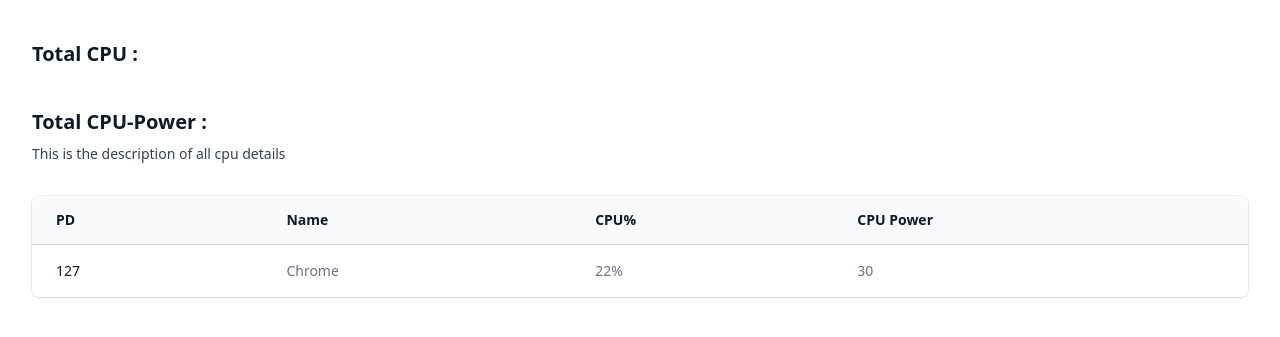
Repository: emorilebo/cpu-reader
Page: /
An editor plug-in stored every save of this project. The page is shown before and after the next save, followed by the edit.
The browser window is 1280 px wide. The pictures show the whole page.
The project was rebuilt for these pictures with package versions that can differ from the ones it lists, and the page was loaded fresh each time. The framework's server and built-in components were replaced by stand-ins that run in the browser. Also part of the build but not shown: next.config.js, styles/Home.module.css.

Above is the page before, as saved 2023-01-13 12:34:07.

### pages/index.js
import Head from 'next/head'
import Image from 'next/image'
import { Inter } from '@next/font/google'
import styles from '../styles/Home.module.css'
import Tables from '../components/Tables'

const inter = Inter({ subsets: ['latin'] })

export default function Home() {
  return (
    <>
      <Head>
        <title>Create Next App</title>
        <meta name="description" content="Generated by create next app" />
        <meta name="viewport" content="width=device-width, initial-scale=1" />
        <link rel="icon" href="/favicon.ico" />
      </Head>
      <main className="">
       <Tables/>
      </main>
    </>
  )
}

### styles/globals.css
@tailwind base;
@tailwind components;
@tailwind utilities;

/* :root {
  --max-width: 1100px;
  --border-radius: 12px;
  --font-mono: ui-monospace, Menlo, Monaco, "Cascadia Mono", "Segoe UI Mono",
    "Roboto Mono", "Oxygen Mono", "Ubuntu Monospace", "Source Code Pro",
    "Fira Mono", "Droid Sans Mono", "Courier New", monospace;

  --foreground-rgb: 0, 0, 0;
  --background-start-rgb: 214, 219, 220;
  --background-end-rgb: 255, 255, 255;

  --primary-glow: conic-gradient(
    from 180deg at 50% 50%,
    #16abff33 0deg,
    #0885ff33 55deg,
    #54d6ff33 120deg,
    #0071ff33 160deg,
    transparent 360deg
  );
  --secondary-glow: radial-gradient(
    rgba(255, 255, 255, 1),
    rgba(255, 255, 255, 0)
  );

  --tile-start-rgb: 239, 245, 249;
  --tile-end-rgb: 228, 232, 233;
  --tile-border: conic-gradient(
    #00000080,
    #00000040,
    #00000030,
    #00000020,
    #00000010,
    #00000010,
    #00000080
  );

  --callout-rgb: 238, 240, 241;
  --callout-border-rgb: 172, 175, 176;
  --card-rgb: 180, 185, 188;
  --card-border-rgb: 131, 134, 135;
}

@media (prefers-color-scheme: dark) {
  :root {
    --foreground-rgb: 255, 255, 255;
    --background-start-rgb: 0, 0, 0;
    --background-end-rgb: 0, 0, 0;

    --primary-glow: radial-gradient(rgba(1, 65, 255, 0.4), rgba(1, 65, 255, 0));
    --secondary-glow: linear-gradient(
      to bottom right,
      rgba(1, 65, 255, 0),
      rgba(1, 65, 255, 0),
      rgba(1, 65, 255, 0.3)
    );

    --tile-start-rgb: 2, 13, 46;
    --tile-end-rgb: 2, 5, 19;
    --tile-border: conic-gradient(
      #ffffff80,
      #ffffff40,
      #ffffff30,
      #ffffff20,
      #ffffff10,
      #ffffff10,
      #ffffff80
    );

    --callout-rgb: 20, 20, 20;
    --callout-border-rgb: 108, 108, 108;
    --card-rgb: 100, 100, 100;
    --card-border-rgb: 200, 200, 200;
  }
}

* {
  box-sizing: border-box;
  padding: 0;
  margin: 0;
}

html,
body {
  max-width: 100vw;
  overflow-x: hidden;
}

body {
  color: rgb(var(--foreground-rgb));
  background: linear-gradient(
      to bottom,
      transparent,
      rgb(var(--background-end-rgb))
    )
    rgb(var(--background-start-rgb));
}

a {
  color: inherit;
  text-decoration: none;
}

@media (prefers-color-scheme: dark) {
  html {
    color-scheme: dark;
  }
} */

### components/Tables.jsx
import React from "react";

const cpus = [
  {
    pd: "127",
    name: "Chrome",
    cpupercent: "22%",
    cpupower: "30",
  },
  // More people...
];

export default function Tables() {
  return (
    <div className="px-4 sm:px-6 lg:px-8">
      <div className="sm:flex sm:items-center">
        <div className="sm:flex-auto">
          <h1 className=" mt-10 text-xl font-semibold text-gray-900">
            Total CPU :{" "}
          </h1>
          <h1 className=" mt-10 text-xl font-semibold text-gray-900">
            Total CPU-Power :{" "}
          </h1>
          <p className="mt-2 text-sm text-gray-700">
            This is the description of all cpu details
          </p>
        </div>
      </div>
      <div className="mt-8 flex flex-col">
        <div className="-my-2 -mx-4 overflow-x-auto sm:-mx-6 lg:-mx-8">
          <div className="inline-block min-w-full py-2 align-middle md:px-6 lg:px-8">
            <div className="overflow-hidden shadow ring-1 ring-black ring-opacity-5 md:rounded-lg">
              <table className="min-w-full divide-y divide-gray-300">
                <thead className="bg-gray-50">
                  <tr>
                    <th
                      scope="col"
                      className="py-3.5 pl-4 pr-3 text-left text-sm font-semibold text-gray-900 sm:pl-6"
                    >
                      PD
                    </th>
                    <th
                      scope="col"
                      className="px-3 py-3.5 text-left text-sm font-semibold text-gray-900"
                    >
                      Name
                    </th>
                    <th
                      scope="col"
                      className="px-3 py-3.5 text-left text-sm font-semibold text-gray-900"
                    >
                      CPU%
                    </th>
                    <th
                      scope="col"
                      className="px-3 py-3.5 text-left text-sm font-semibold text-gray-900"
                    >
                      CPU Power
                    </th>
                  </tr>
                </thead>
                <tbody className="divide-y divide-gray-200 bg-white">
                  {cpus.map((cpu) => (
                    <tr key={cpu.cpupercent}>
                      <td className="whitespace-nowrap py-4 pl-4 pr-3 text-sm font-medium text-gray-900 sm:pl-6">
                        {cpu.pd}
                      </td>
                      <td className="whitespace-nowrap px-3 py-4 text-sm text-gray-500">
                        {cpu.name}
                      </td>
                      <td className="whitespace-nowrap px-3 py-4 text-sm text-gray-500">
                        {cpu.cpupercent}
                      </td>
                      <td className="whitespace-nowrap px-3 py-4 text-sm text-gray-500">
                        {cpu.cpupower}
                      </td>
                    </tr>
                  ))}
                </tbody>
              </table>
            </div>
          </div>
        </div>
      </div>
    </div>
  );
}

Loaded but not shown: pages/_app.js (common file); pages/_document.js (common file); tailwind.config.js (common file)

After the next save:
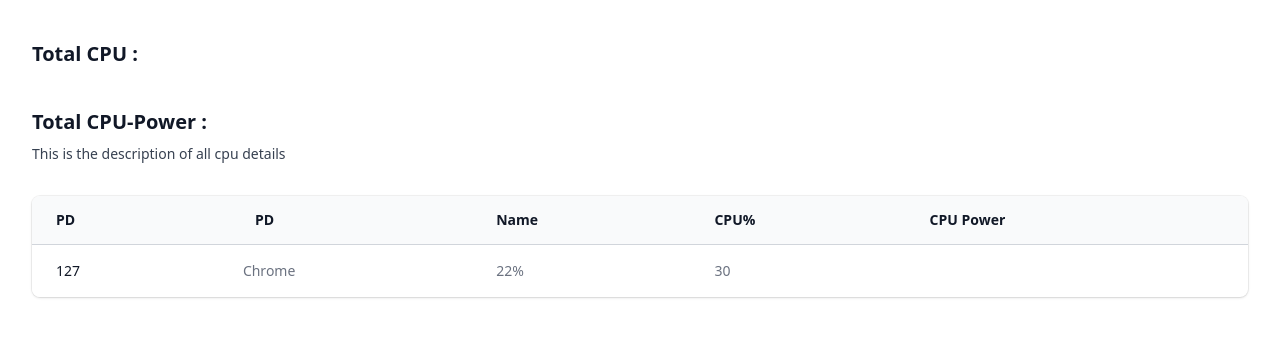
Saved 45 s later.
--- a/components/Tables.jsx
+++ b/components/Tables.jsx
@@ -33,6 +33,12 @@ export default function Tables() {
               <table className="min-w-full divide-y divide-gray-300">
                 <thead className="bg-gray-50">
                   <tr>
+                    <th
+                      scope="col"
+                      className="py-3.5 pl-4 pr-3 text-left text-sm font-semibold text-gray-900 sm:pl-6"
+                    >
+                      PD
+                    </th>
                     <th
                       scope="col"
                       className="py-3.5 pl-4 pr-3 text-left text-sm font-semibold text-gray-900 sm:pl-6"
